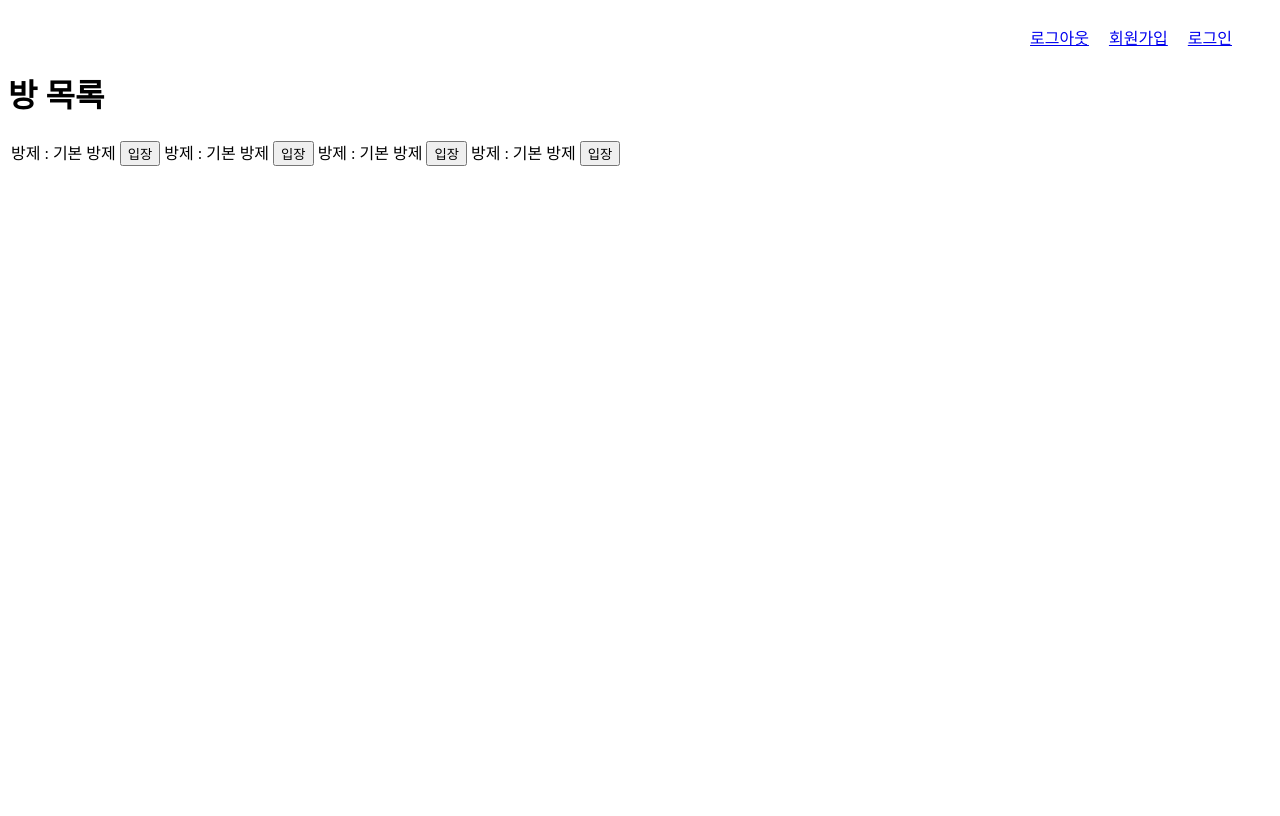
Repository: castar2001kr/DRAW
Page: DRAW/src/main/webapp/dynamic/index.html
The author's editor kept a copy of each file at every save. The page is drawn from the files as they stood at one save, then again after the next save.
The browser window is 1280 px wide. The pictures show the whole page.

Above is the page before, as saved 2022-09-19 05:44:39.

After the next save:
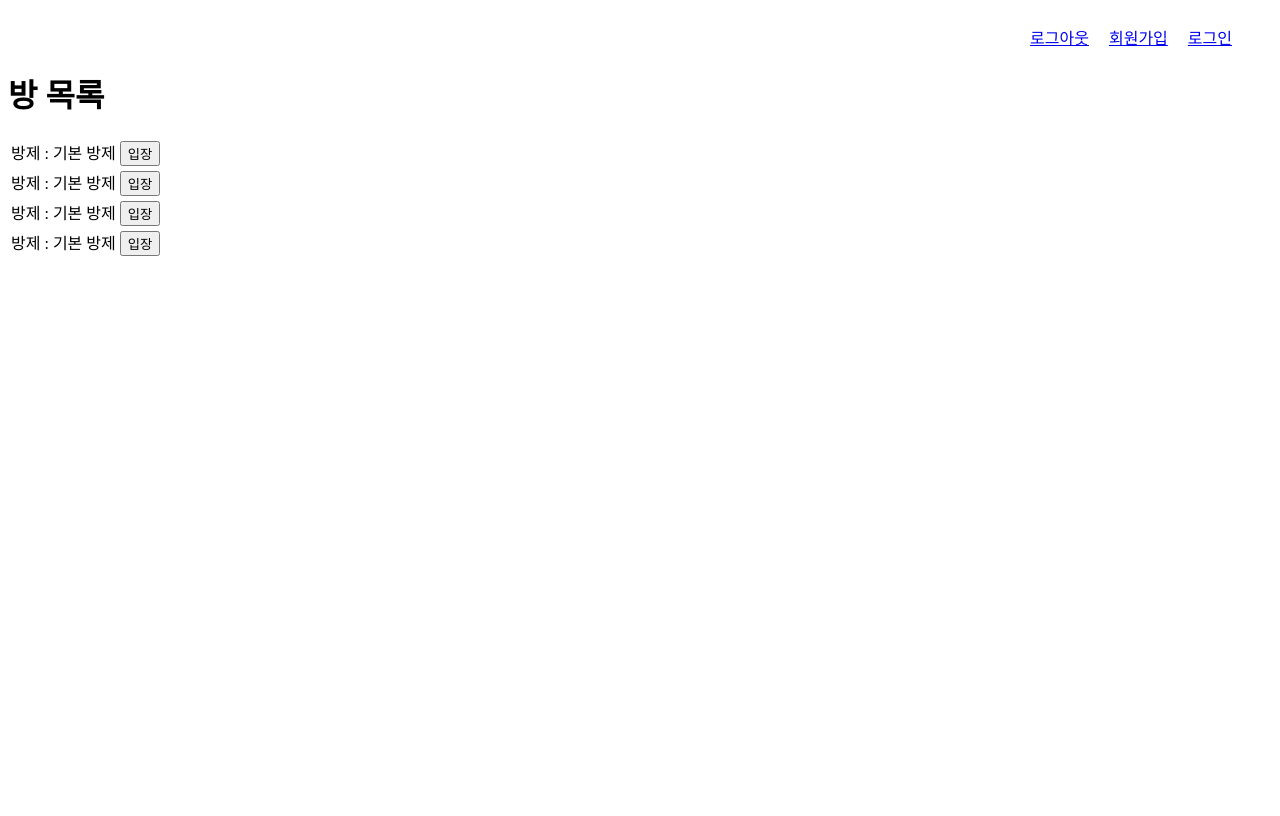
Saved 28 s later.
--- a/DRAW/src/main/webapp/dynamic/index.html
+++ b/DRAW/src/main/webapp/dynamic/index.html
@@ -33,12 +33,24 @@
     			<td>
     				방제 : <label for="enter">기본 방제</label>&nbsp<button name="enter">입장</button>
     			</td>
+
+    		</tr>
+    		<tr>
+
     			<td>
     				방제 : <label for="enter">기본 방제</label>&nbsp<button name="enter">입장</button>
     			</td>
+
+    		</tr>
+    		<tr>
+
     			<td>
     				방제 : <label for="enter">기본 방제</label>&nbsp<button name="enter">입장</button>
     			</td>
+
+    		</tr>
+    		<tr>
+
     			<td>
     				방제 : <label for="enter">기본 방제</label>&nbsp<button name="enter">입장</button>
     			</td>
